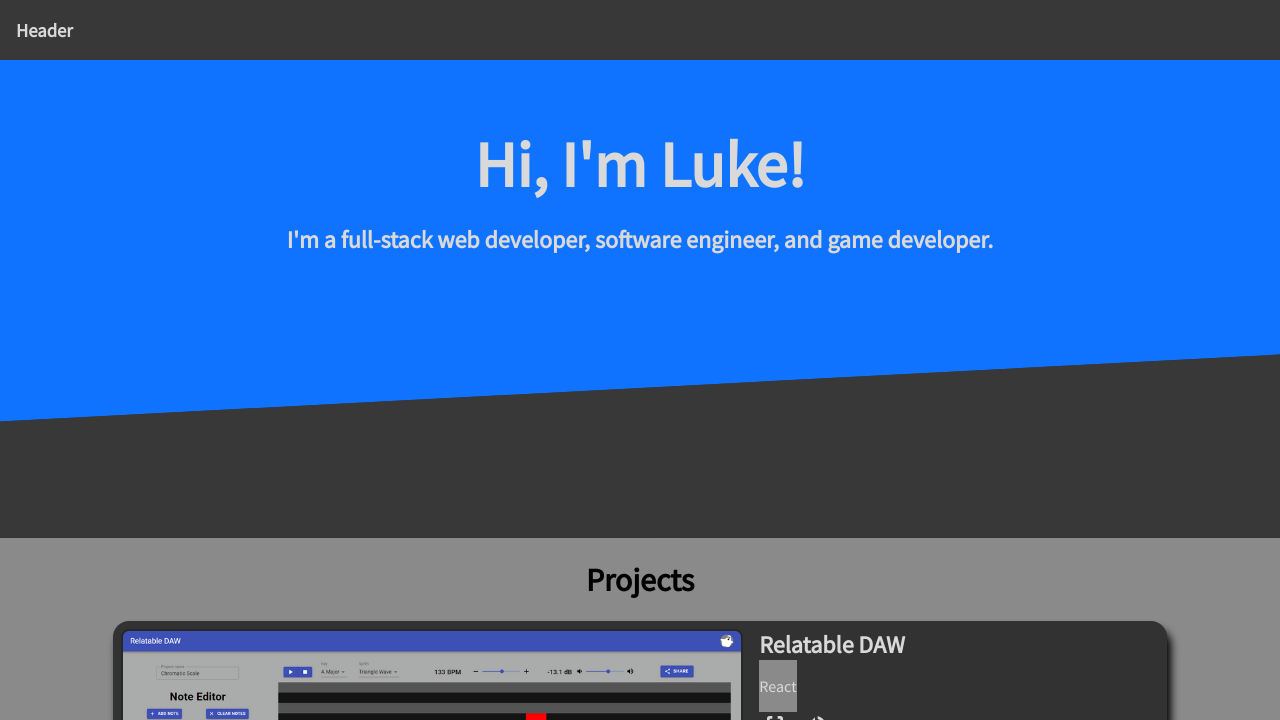
Repository: lbodwell/Personal-Website
Page: index.html
These files come from the project's save history. The page is drawn as it stood at one moment and after the next save; the edit follows.
The browser window is 1280 px wide. The pictures show the whole page.
An inner scrolling area shows only its first screen.

Above is the page before, as saved 2022-04-04 19:32:58.

### index.html
<!DOCTYPE html>
<html lang="en">
    <head>
        <meta charset="UTF-8">
        <meta http-equiv="X-UA-Compatible" content="IE=edge">
        <meta name="viewport" content="width=device-width, initial-scale=1.0">
        <title>Luke Bodwell</title>
        <script type="text/javascript" src="script.js" defer></script>
        <link rel="stylesheet" href="styles.css">
    </head>
    <body>
        <header>
            <h3>Header</h3>
        </header>
        <content>
            <div class="intro">
                <h1>Hi, I'm Luke!</h1>
                <h2>I'm a full-stack web developer, software engineer, and game developer.</h2>
            </div>
            <div class="projects-container">
                <h1>Projects</h1>
                <div class="projects">
                    <div class="project project-img-left">
                        <div class="project-image">
                            <img src="images/relatable-daw.png"></img>
                        </div>
                        <div class="project-info">
                            <div class="project-title">
                                <h2>Relatable DAW</h2>
                                <div class="project-tags">
                                    <div class="project-tag">
                                        <p>React</p>
                                    </div>
                                </div>
                                <div class="project-types">
                                    <!-- Code icon -->
                                    <svg style="width:32px;height:32px" viewBox="0 0 24 24">
                                        <path fill="currentColor" d="M8,3A2,2 0 0,0 6,5V9A2,2 0 0,1 4,11H3V13H4A2,2 0 0,1 6,15V19A2,2 0 0,0 8,21H10V19H8V14A2,2 0 0,0 6,12A2,2 0 0,0 8,10V5H10V3M16,3A2,2 0 0,1 18,5V9A2,2 0 0,0 20,11H21V13H20A2,2 0 0,0 18,15V19A2,2 0 0,1 16,21H14V19H16V14A2,2 0 0,1 18,12A2,2 0 0,1 16,10V5H14V3H16Z" />
                                    </svg>
                                    <!-- Audio icon -->
                                    <svg style="width:32px;height:32px" viewBox="0 0 24 24">
                                        <path fill="currentColor" d="M14,3.23V5.29C16.89,6.15 19,8.83 19,12C19,15.17 16.89,17.84 14,18.7V20.77C18,19.86 21,16.28 21,12C21,7.72 18,4.14 14,3.23M16.5,12C16.5,10.23 15.5,8.71 14,7.97V16C15.5,15.29 16.5,13.76 16.5,12M3,9V15H7L12,20V4L7,9H3Z" />
                                    </svg>
                                </div>
                            </div>
                            <p>Project description goes here. Lorem ipsum dolor sit amet consectetur adipisicing elit. Maxime mollitia,
                                molestiae quas vel sint commodi repudiandae consequuntur voluptatum laborum
                                numquam blanditiis harum quisquam eius sed odit fugiat iusto fuga praesentium
                                optio, eaque rerum! Provident similique accusantium nemo autem.</p>
                            <div class="project-links">
                                <a class="btn" id="btn-demo-proj1" href="https://relatable-daw.com" target="_blank">Live Demo</a>
                                <a class="btn" id="btn-video-proj1" href="https://drive.google.com/file/d/1R21yoplPYTj6aw2hVH3COGZ260A-Z0TO/view" target="_blank">Video</a>
                                <a class="btn" id="btn-code-proj1" href="https://github.com/lbodwell/Relatable-DAW" target="_blank">Code</a>
                            </div>
                        </div>
                    </div>
                    <div class="project project-img-right">
                        <div class="project-info">
                            <div class="project-title">
                                <h2>GeoBlade</h2>
                                <div class="project-types">
                                    <!-- Code icon -->
                                    <svg style="width:32px;height:32px" viewBox="0 0 24 24">
                                        <path fill="currentColor" d="M8,3A2,2 0 0,0 6,5V9A2,2 0 0,1 4,11H3V13H4A2,2 0 0,1 6,15V19A2,2 0 0,0 8,21H10V19H8V14A2,2 0 0,0 6,12A2,2 0 0,0 8,10V5H10V3M16,3A2,2 0 0,1 18,5V9A2,2 0 0,0 20,11H21V13H20A2,2 0 0,0 18,15V19A2,2 0 0,1 16,21H14V19H16V14A2,2 0 0,1 18,12A2,2 0 0,1 16,10V5H14V3H16Z" />
                                    </svg>
                                    <!-- Game icon -->
                                    <svg style="width:32px;height:32px" viewBox="0 0 24 24">
                                        <path fill="currentColor" d="M7.97,16L5,19C4.67,19.3 4.23,19.5 3.75,19.5A1.75,1.75 0 0,1 2,17.75V17.5L3,10.12C3.21,7.81 5.14,6 7.5,6H16.5C18.86,6 20.79,7.81 21,10.12L22,17.5V17.75A1.75,1.75 0 0,1 20.25,19.5C19.77,19.5 19.33,19.3 19,19L16.03,16H7.97M7,8V10H5V11H7V13H8V11H10V10H8V8H7M16.5,8A0.75,0.75 0 0,0 15.75,8.75A0.75,0.75 0 0,0 16.5,9.5A0.75,0.75 0 0,0 17.25,8.75A0.75,0.75 0 0,0 16.5,8M14.75,9.75A0.75,0.75 0 0,0 14,10.5A0.75,0.75 0 0,0 14.75,11.25A0.75,0.75 0 0,0 15.5,10.5A0.75,0.75 0 0,0 14.75,9.75M18.25,9.75A0.75,0.75 0 0,0 17.5,10.5A0.75,0.75 0 0,0 18.25,11.25A0.75,0.75 0 0,0 19,10.5A0.75,0.75 0 0,0 18.25,9.75M16.5,11.5A0.75,0.75 0 0,0 15.75,12.25A0.75,0.75 0 0,0 16.5,13A0.75,0.75 0 0,0 17.25,12.25A0.75,0.75 0 0,0 16.5,11.5Z" />
                                    </svg>
                                    <!-- Audio icon -->
                                    <svg style="width:32px;height:32px" viewBox="0 0 24 24">
                                        <path fill="currentColor" d="M14,3.23V5.29C16.89,6.15 19,8.83 19,12C19,15.17 16.89,17.84 14,18.7V20.77C18,19.86 21,16.28 21,12C21,7.72 18,4.14 14,3.23M16.5,12C16.5,10.23 15.5,8.71 14,7.97V16C15.5,15.29 16.5,13.76 16.5,12M3,9V15H7L12,20V4L7,9H3Z" />
                                    </svg>
                                </div>
                            </div>
                            <p>Project description goes here. Lorem ipsum dolor sit amet consectetur adipisicing elit. Maxime mollitia,
                                molestiae quas vel sint commodi repudiandae consequuntur voluptatum laborum
                                numquam blanditiis harum quisquam eius sed odit fugiat iusto fuga praesentium
                                optio, eaque rerum! Provident similique accusantium nemo autem.</h>
                            <div class="project-links">
                                <a class="btn" id="btn-download-proj2">Download</a>
                                <a class="btn" id="btn-video-proj2">Video</a>
                                <a class="btn" id="btn-code-proj2">Code</a>
                            </div>
                        </div>
                        <div class="project-image">
                            <img src="images/relatable-daw.png"></img>
                        </div>
                    </div>
                    <div class="project project-img-left">
                        <div class="project-image">
                            <img src="images/relatable-daw.png"></img>
                        </div>
                        <div class="project-info">
                            <div class="project-title">
                                <h2>Example project 3</h2>
                                <div class="project-types">
                                    <!-- Code icon -->
                                    <svg style="width:32px;height:32px" viewBox="0 0 24 24">
                                        <path fill="currentColor" d="M8,3A2,2 0 0,0 6,5V9A2,2 0 0,1 4,11H3V13H4A2,2 0 0,1 6,15V19A2,2 0 0,0 8,21H10V19H8V14A2,2 0 0,0 6,12A2,2 0 0,0 8,10V5H10V3M16,3A2,2 0 0,1 18,5V9A2,2 0 0,0 20,11H21V13H20A2,2 0 0,0 18,15V19A2,2 0 0,1 16,21H14V19H16V14A2,2 0 0,1 18,12A2,2 0 0,1 16,10V5H14V3H16Z" />
                                    </svg>
                                </div>
                            </div>
                            <p>Project description goes here. Lorem ipsum dolor sit amet consectetur adipisicing elit. Maxime mollitia,
                                molestiae quas vel sint commodi repudiandae consequuntur voluptatum laborum
                                numquam blanditiis harum quisquam eius sed odit fugiat iusto fuga praesentium
                                optio, eaque rerum! Provident similique accusantium nemo autem.</h>
                            <div class="project-links">
                                <a class="btn" id="btn-demo-proj3">Live Demo</a>
                                <a class="btn" id="btn-video-proj3">Video</a>
                                <a class="btn" id="btn-code-proj3">Code</a>
                            </div>
                        </div>
                    </div>
                </div>
                <a id="see-more-projects" href="#">See more</a>
            </div>
            <div class="skills">
                <h1>Skills</h1>
                <div class="skills">
                </div>
            </div>
        </content>
        <footer>
            <h3>Footer</h5>
        </footer>
    </body>
</html>

### styles.css
@import url("https://fonts.googleapis.com/css2?family=Source+Sans+Pro&display=swap");

html {
    font-family: "Source Sans Pro", sans-serif;
    background-color: #383838;
}

html, body {
    width: 100%;
    height: 100%;
    margin: 0;
    max-width: 100%;
    overflow-x: hidden;
}

h2, h3, h4, h5, h6, p, svg {
    color: rgb(217, 217, 217);
}

header {
    margin-left: 1rem;
}

content {
    display: flex;
    flex-direction: column;
    align-items: center;
}

.intro {
    color: rgb(217, 217, 217);
    position: relative;
    text-align: center;
    background-color: #0f73ff;
    padding: 4rem;
    width: 100%;
    height: 250px;
    margin-bottom: 100px;
}

.intro > h1 {
    font-size: 64px;
    margin: 0;
}

.intro::before, .intro::after {
    content: "";
    position: absolute;
    height: 150px;
    bottom: -100px;
    right: 0;
    left: 0;
    background: #383838;
    transform: skewY(-3deg);
}

.projects-container {
    text-align: center;
    background-color: rgb(138, 138, 138);
    padding: 0 64rem 2rem 64rem;
    filter: drop-shadow(4px 8px 4px black);
}

.projects {
    display: grid;
    grid-template-columns: 1fr;
}

.project {
    display: flex;
    gap: 16px;
    width: auto;
    height: 300px;
    margin-bottom: 1rem;
    padding: 0.5rem;
    background-color: #323232;
    border-radius: 16px;
    filter: drop-shadow(4px 8px 4px black);
}

.project-info {
    display: flex;
    flex-direction: column;
    width: 400px;
    border:
}

.project-img-left > .project-info {
    align-items: flex-start;
    text-align: left;
}

.project-img-right > .project-info {
    align-items: flex-end;
    text-align: right;
}

.project-title {
    display: flex;
    flex-direction: column;
    align-items: flex-start;
}

.project-title > h2 {
    margin: 0;
}

.project-types {
    display: flex;
    flex-direction: row;
    gap: 8px;
}

.project-tags {
    display: grid;
    grid-template-columns: repeat(4, 1fr);
}

.project-tag {
    margin: 0;
    padding: 0;
    background-color: #8a8a8a;
}

.project-img-left .project-types {
    justify-content: flex-start;
}

.project-img-right .project-types {
    justify-content: flex-end;
}

.project-links {
    display: flex;
    flex-direction: row;
    gap: 4px;
}

.btn {
    font-weight: bolder;
    background-color: #0f73ff;
    color: rgb(217, 217, 217);
    border-radius: 8px;
    filter: drop-shadow(2px 4px 2px black);
    padding: 0.25rem 1rem;
    border: none;
    text-decoration: none;
}

.btn:hover {
    background-color: #0c4eac;
    cursor: pointer;
}

.project img {
    width: auto;
    height: 100%;
    border: 2px solid #272727;
    border-radius: 8px;
}

footer {
    margin: 1rem;
}

Loaded but not shown: script.js (common file)

After the next save:
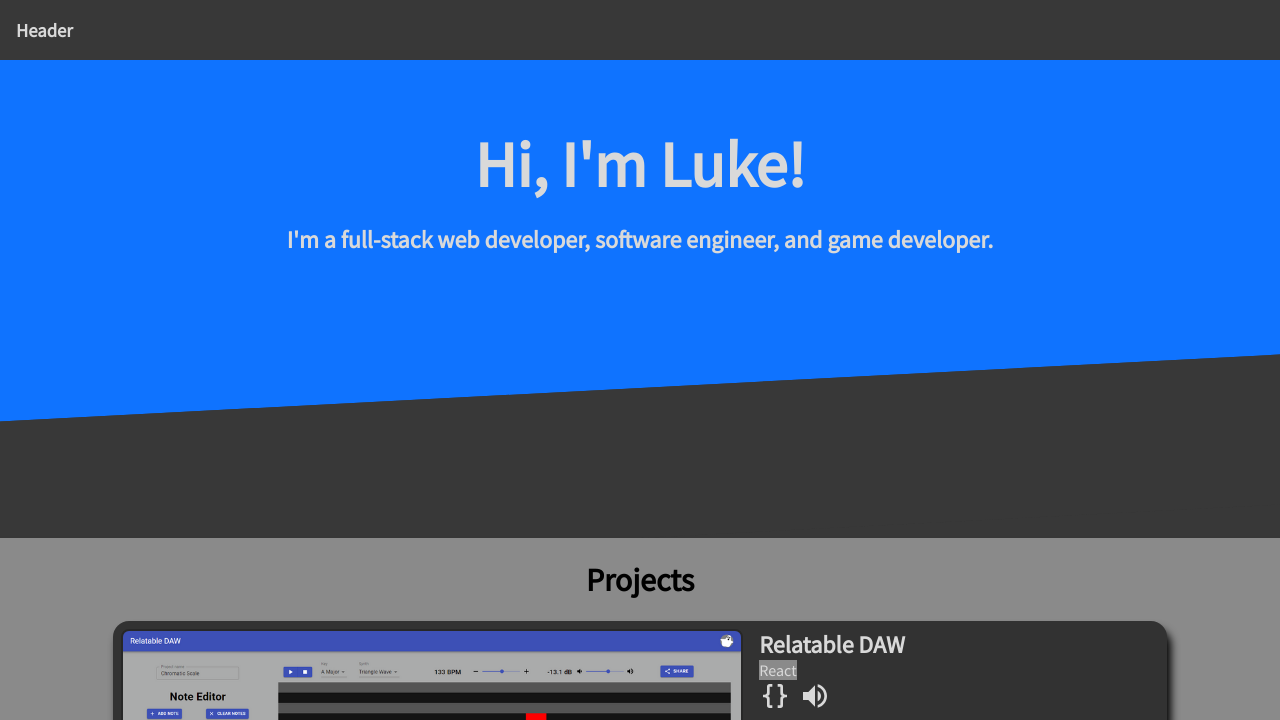
Saved 14 s later.
--- a/styles.css
+++ b/styles.css
@@ -116,7 +116,7 @@ content {
     grid-template-columns: repeat(4, 1fr);
 }
 
-.project-tag {
+.project-tag > p {
     margin: 0;
     padding: 0;
     background-color: #8a8a8a;
